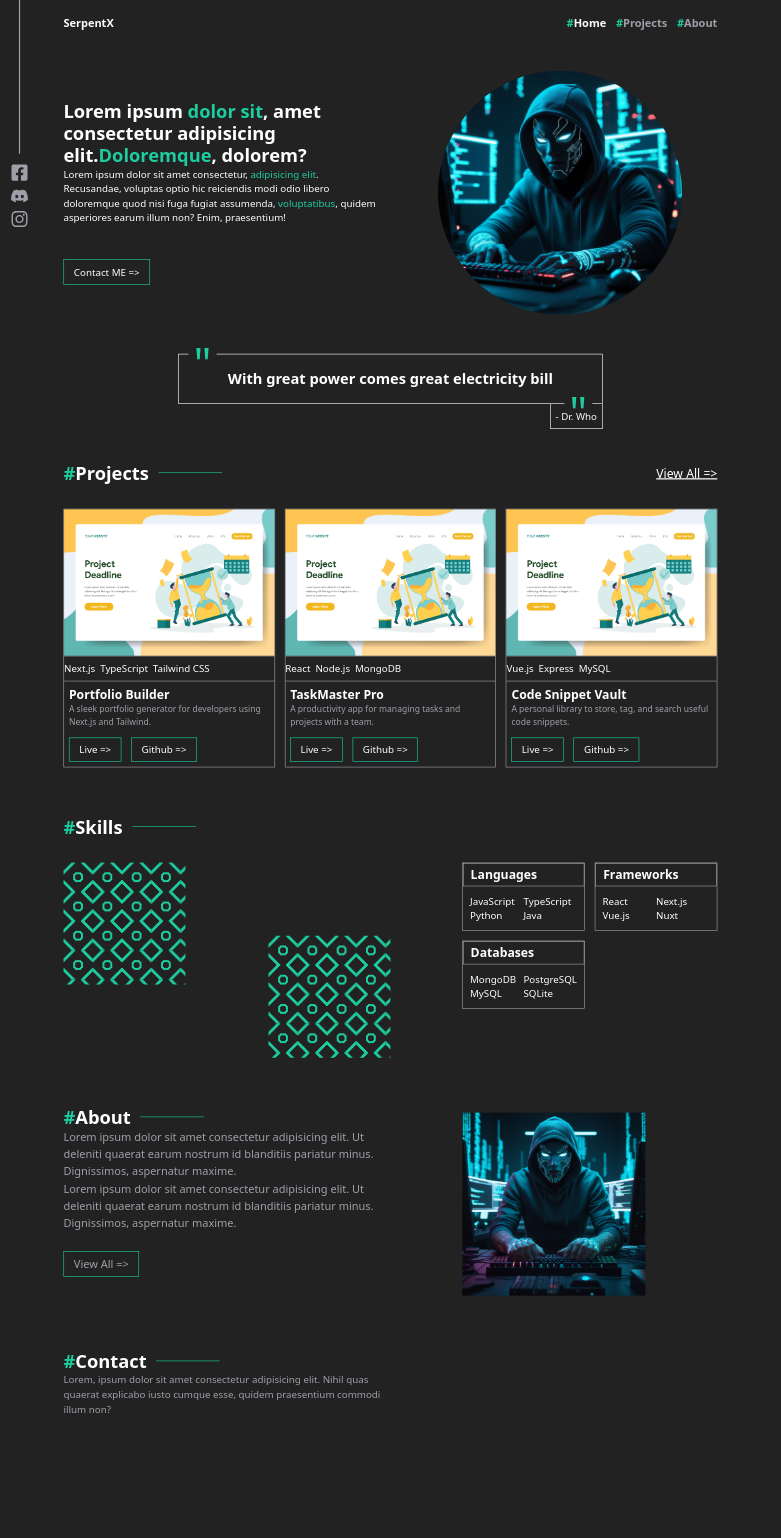
Repository: SERPENTX03/Portfolio-Tutorial
Page: /
These files come from the project's save history. The page is drawn as it stood at one moment and after the next save; the edit follows.
The browser window is 1280 px wide. The pictures show the whole page, at 61% of full size.
The project was rebuilt for these pictures with package versions that can differ from the ones it lists, and the page was loaded fresh each time. The framework's server and built-in components were replaced by stand-ins that run in the browser. Also part of the build but not shown: next.config.ts.

Above is the page before, as saved 2025-04-19 22:06:30.

After the next save:
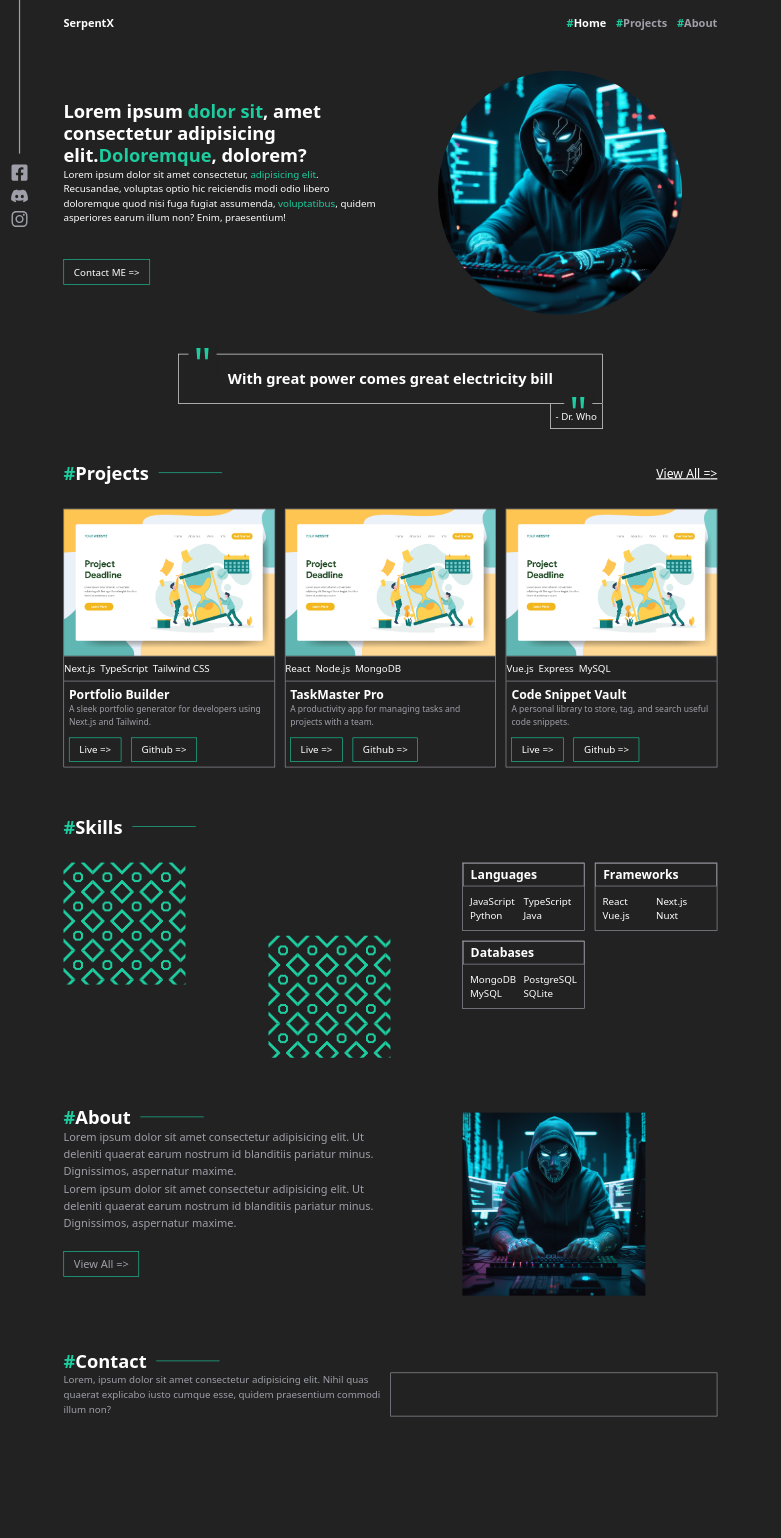
Saved 19 s later.
--- a/components/Contact.tsx
+++ b/components/Contact.tsx
@@ -11,7 +11,9 @@ const Contact = () => {
           quaerat explicabo iusto cumque esse, quidem praesentium commodi illum
           non?
         </p>
-        <div className="w-full md:w-1/2"></div>
+        <div className="w-full md:w-1/2 border border-text">
+          <h3></h3>
+        </div>
       </div>
     </section>
   );
